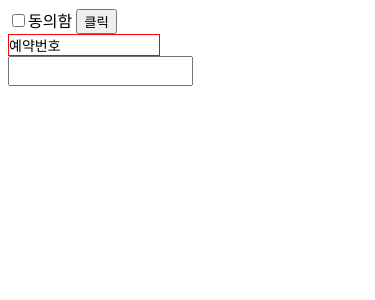
Repository: mekeyace/portfolio
Page: http://localhost/web/check.jsp
The author's editor kept a copy of each file at every save. The page is drawn from the files as they stood at one save, then again after the next save.
The browser window is 375 px wide. The pictures show the whole page.
The page is served by Tomcat 9. Other server files are loaded and not shown.

Above is the page before, as saved 2023-06-22 03:01:05.

### maven/web/src/main/webapp/check.jsp
<%@ page language="java" contentType="text/html; charset=UTF-8"
    pageEncoding="UTF-8"%>
<!DOCTYPE html>
<html>
<head>
<meta charset="UTF-8">
<meta name="viewport" content="width=device-width, initial-scale=1" />
<title>Insert title here</title>
<style>

@media screen and (min-width:340px) and (max-width:560px){
.ins {
windth:100%;
max-width:450px;
height:30px;
box-sizing: border-box;
}
}

</style>
</head>
<body>
<!-- 체크박스1 : 체크시 : Y 미체크시 : N -->
<form id="frm" method="post" action="./checkok.do">
<input type="hidden" name="cks" value="N">
<input type="checkbox" id="agree">동의함
<input type="button" value="클릭" onclick="abc()">

<div style="font-size:14px; width:150px; border:1px solid red;">예약번호</div>
<input type="text" class="ins">
<br>
</form>
<!-- 체크박스2 : 체크시 : Y 미체크시 : null -->
</body>
<script>
function abc(){
	frm.submit();
}
</script>
</html>

After the next save:
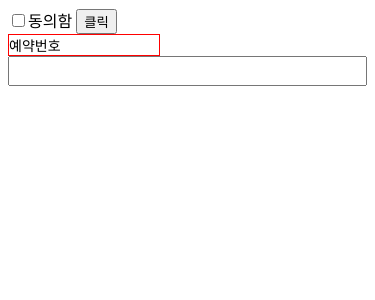
Saved 15 s later.
--- a/maven/web/src/main/webapp/check.jsp
+++ b/maven/web/src/main/webapp/check.jsp
@@ -10,7 +10,7 @@
 
 @media screen and (min-width:340px) and (max-width:560px){
 .ins {
-windth:100%;
+width:100%;
 max-width:450px;
 height:30px;
 box-sizing: border-box;
